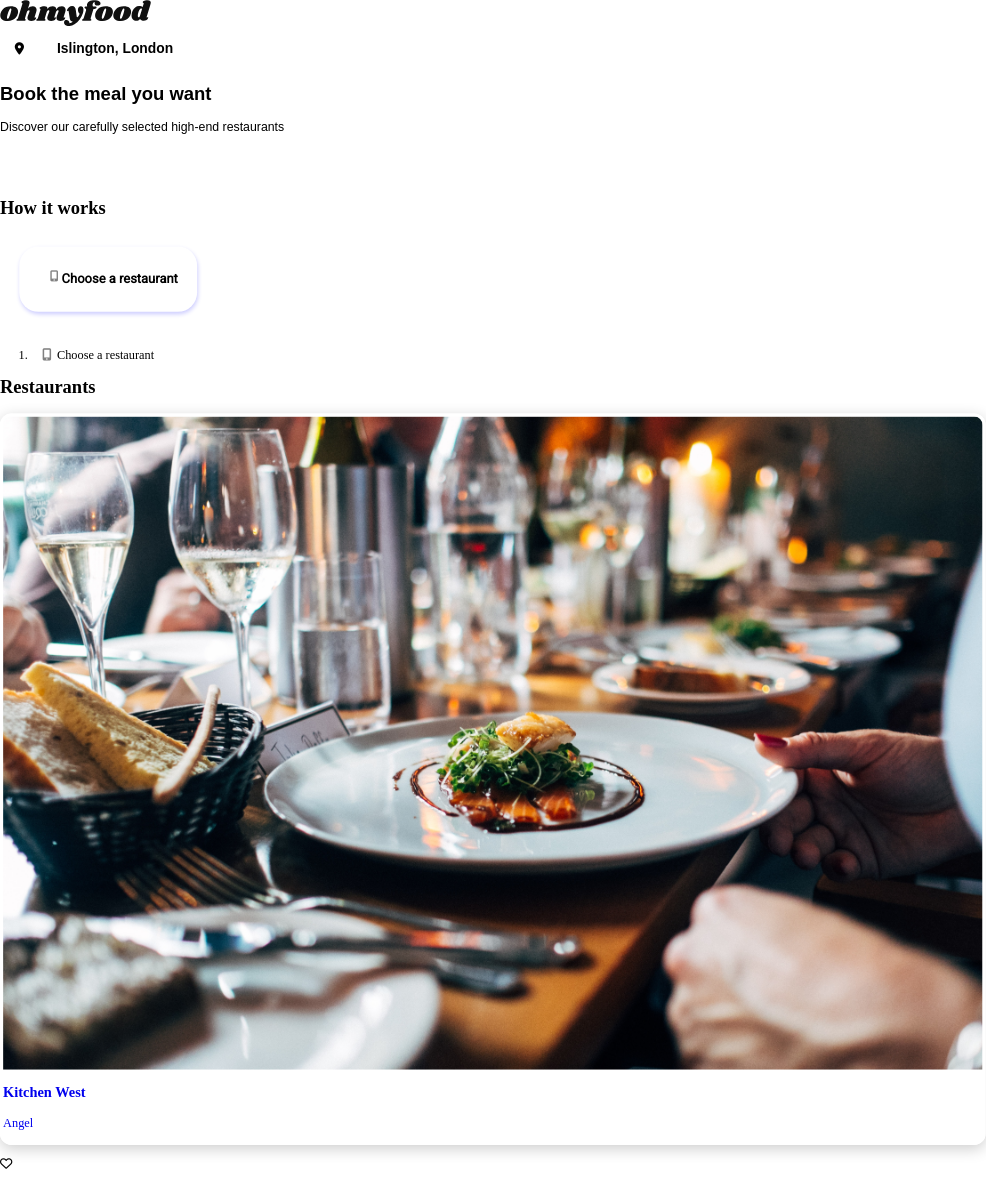
Repository: R1ptou/Project-3
Page: index.html
These files come from the project's save history. The page is drawn as it stood at one moment and after the next save; the edit follows.
The browser window is 1280 px wide. The pictures show the whole page, at 77% of full size.
Some web fonts or font styles are not loaded; a fallback is used. The style sheet was rebuilt from its Sass, Less or Tailwind sources for each picture, by a compiler version that may differ from the author's.

Above is the page before, as saved 2024-03-21 15:58:21.

After the next save:
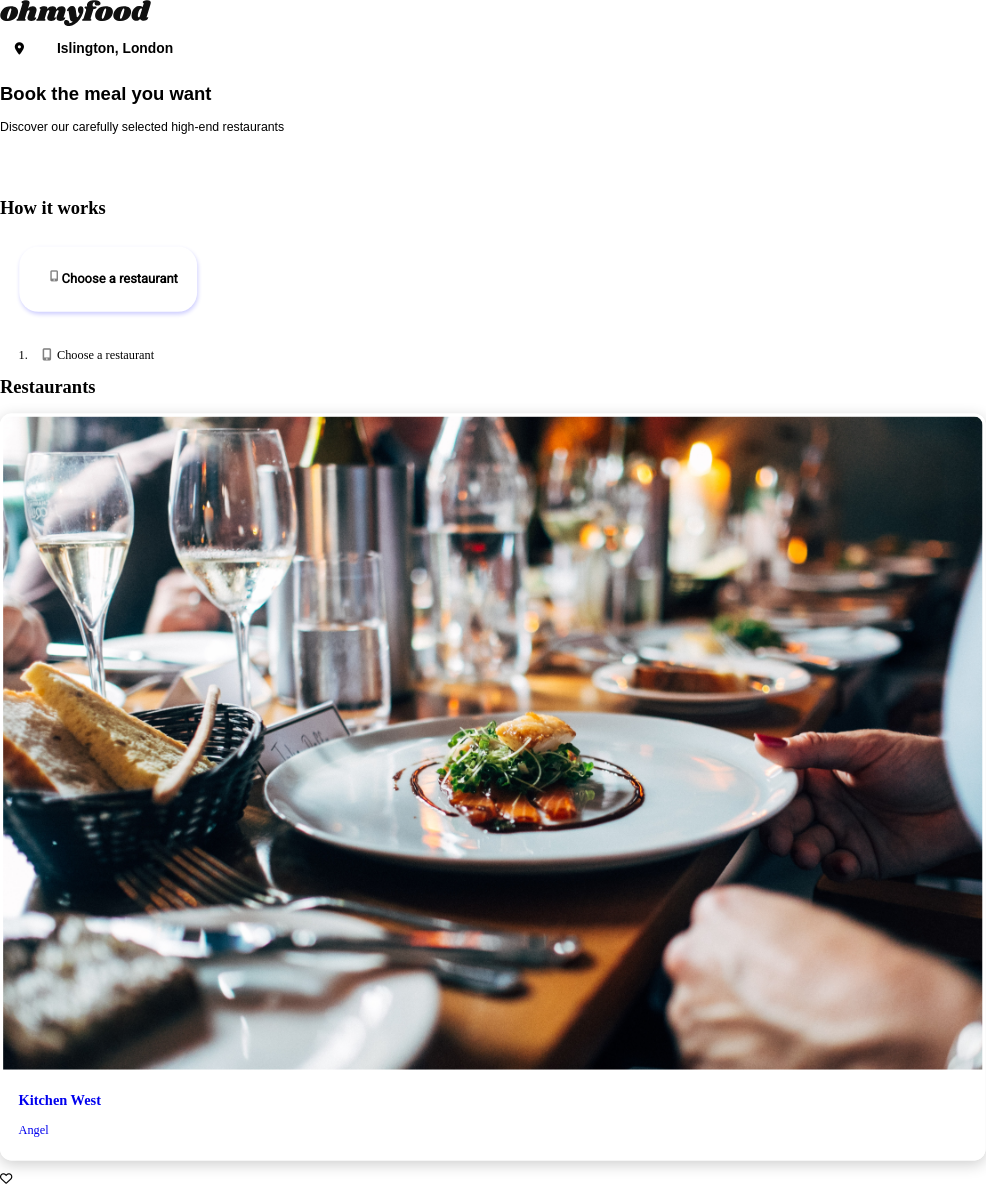
Saved 28 s later.
--- a/scss/_card.scss
+++ b/scss/_card.scss
@@ -43,6 +43,6 @@
     width: 100%;
 }
 
-.card-body {
+.card-content {
     padding: 10px 20px;
 }
